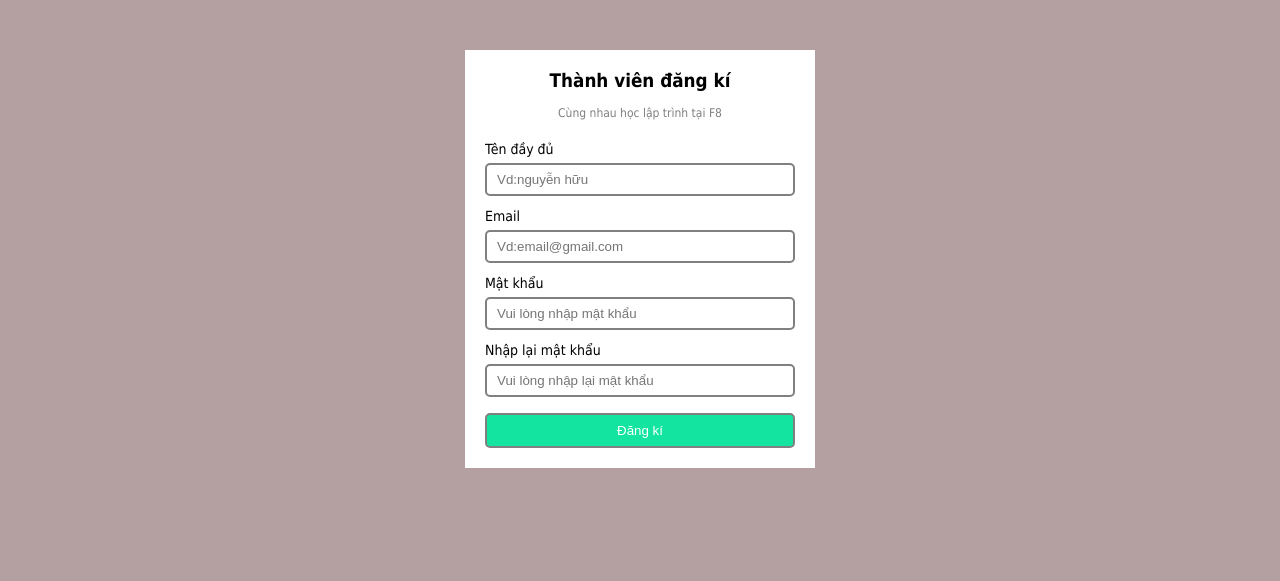
Repository: HuunvDev/Validator
Page: index.html
These files come from the project's save history. The page is drawn as it stood at one moment and after the next save; the edit follows.
The browser window is 1280 px wide. The pictures show the whole page.
Some web libraries are served in a nearby version.

Above is the page before, as saved 2022-08-20 16:09:36.

### index.html
<!DOCTYPE html>
<html lang="en">
<head>
    <meta charset="UTF-8">
    <meta http-equiv="X-UA-Compatible" content="IE=edge">
    <meta name="viewport" content="width=device-width, initial-scale=1.0">
    <title>validator</title>
    <link rel="stylesheet" href="style.css">
    <link rel="stylesheet" href="https://use.fontawesome.com/releases/v5.1.1/css/all.css" integrity="sha384-O8whS3fhG2OnA5Kas0Y9l3cfpmYjapjI0E4theH4iuMD+pLhbf6JI0jIMfYcK3yZ" crossorigin="anonymous">
</head>
<body>
    <div class="main">
        <form action="" method="POST" class="form" id="form-1">
            <h3 class="heading">Thành viên đăng kí</h3>
            <p class="desc">Cùng nhau học lập trình tại F8</p>
            <div class="pacer"></div>
            <div class="form-group">
                <label for="fullName" class="form-lable">Tên đầy đủ</label><br>
                <input type="text" id="fullName" name="fullName" placeholder="Vd:nguyễn hữu"><br>
                <!-- <i class="fas fa-exclamation-triangle warning"></i> -->
                <span class="form-message">
                </span>
            </div>
            <div class="form-group">
                <label for="email" class="form-lable">Email</label><br>
                <input type="text" id="email" name="email" placeholder="Vd:email@gmail.com"><br>
                <span class="form-message"></span>
            </div>
            <div class="form-group">
                <label for="password" class="form-lable">Mật khẩu</label><br>
                <input type="password" id="password" name="password" placeholder="Vui lòng nhập mật khẩu"><br>
                <span class="form-message"></span>
            </div>
            <div class="form-group">
                <label for="password_confirmation" class="form-lable">Nhập lại mật khẩu</label><br>
                <input type="password" id="password_confirmation" name="password_confirmation" placeholder="Vui lòng nhập lại mật khẩu"><br>
                <span class="form-message"></span>
            </div>
            <!-- <div class="form-group">
                <input type="checkbox" name ="condition" id ="condition">
                <span class="agree">Đồng ý và chấp nhận điều khoản</span>
            </div> -->

           <button class="form-submit" type="submit">Đăng kí</button>
        </form>
    </div>
    <script src="Validator.js"></script>
    <script>
        //mong muốn nhận được
        validator({
            form: '#form-1',
            formGroupSelector:'.form-group',
            errorSelector:'.form-message',
            rules: [
                validator.isRequired('#fullName','Vui lòng nhập tên đầy đủ'),
                //validator.isRequired('#email'),
                validator.isEmail('#email'),
                validator.minLength('#password',6),
                validator.isRequired('#password_confirmation'),
                validator.isConfirmed('#password_confirmation', function(){
                    return document.querySelector('#form-1 #password').value;
                },'Giá trị nhập vào không chính xác'),
            ],
            onSubmit : function(data){
                console.log(data);
            }
        })
    </script>
</body>
</html>

### style.css

*{
    margin:0;
    padding:0;
    overflow: hidden;
    box-sizing: border-box;
}
body{
    background-color:rgb(180, 160, 160);
}
.main {
    width: 350px;
    box-shadow: 0 0 0 rgb(0 0 0 / 10%);
    margin: auto;
    margin-top: 50px;
    padding: 20px;
    background-color: #fff;
    font-family: tahoma;
}
h3.heading {
    text-align: center;
}
p.desc {
    text-align: center;
    font-size: 12px;
    color: grey;
    padding: 15px 0;
}
.form-group {
    padding: 6px 0;
}

label.form-lable {
    font-size: 14px;
    margin-bottom: -13px;
    display: block;
}
input {
    width:100%;
    height: 33px;
    outline: none;
    border:2px solid grey;
    padding: 0 10px;
    border-radius:5px;
}
input:hover{
    border-color: rgb(23 220 220);
}
button{
    padding:8px 0;
    width:100%;
    background-color: rgb(19 229 161);
    margin-top:10px;
    border-radius:5px;
    color:#fff;
    border:2px solid grey;
}
span.form-message {
    font-size: 12px;
}
.invalid input{
    border-color:red;
}
.invalid span.form-message{
    color:red;
}
.warning{
    font-size:11px;
    color:red;
}
/* input#condition {
    width: 11px;
}

span.agree {
    font-size: 13px;
    color: grey;
    position: absolute;
    transform: translateY(8px);
    padding: 0 5px;
} */

### Validator.js
//constractor function
function validator(options){

    function getParent (element,selector){
        while(element.parentElement){
            if(element.parentElement.matches(selector)){
                return element.parentElement;
            }
            element = element.parentElement;
        }
    }
    var selectorRules ={};
//hàm thực hiên validate
    function validate(inputElement,rules){
        var errorElement = getParent(inputElement, options.formGroupSelector).querySelector(options.errorSelector);
        var errorMessage;
        //lấy ra các rules của selector
        var rules = selectorRules[rules.selector];
        //lặp qua từng rules và check
        //nếu có lỗi dừng việc kiểm tra
        for (var i = 0; i < rules.length;i++){
            errorMessage= rules[i](inputElement.value);
            if(errorMessage) break;
        }
                //lấy value của ô input:inputElement.value;
                //test function : rules.test;
               // var errorMessage = rules.test(inputElement.value);
                //lấy ra thẻ cha của nó từ thẻ con:inputElement.parentElement,
                //lấy ra  đúng phần tử con của thẻ to mà mình muốn lấy:
                //inputElement.parentElement.querySelector('form-message');
                if(errorMessage){
                 //errorElement.innerText = errorMessage;
                 errorElement.innerHTML = `<i class="fas fa-exclamation-triangle warning"></i> ${errorMessage}`;
                 getParent(inputElement, options.formGroupSelector).classList.add('invalid');
                }else{
                 errorElement.innerText = " ";
                 getParent(inputElement, options.formGroupSelector).classList.remove('invalid');
                }

                return !errorMessage;
    }
    //lấy element của form cần validate
    var formElement = document.querySelector(options.form);

    if(formElement){
        //loại bỏ hành vi mặc định của submit
        formElement.onsubmit = function(e){
            e.preventDefault();

            var isFormValid = true;
            //thực hiện lặp qua từng rules và validate
            options.rules.forEach( function (rules){
                var inputElement = formElement.querySelector(rules.selector);
                 var isValid = validate(inputElement,rules);
                 if(!isValid){
                    isFormValid =  false;
                 }
            });

            if(isFormValid){
                //trường hợp submit với js
             if( typeof options.onSubmit ==='function'){
                var enableInputs = formElement.querySelectorAll('[name]:not([disabled])');//lấy ra tất cả các phần tử có attribute là name và ko lấy các phần tử  bị disabled( có nghĩa là bị ẩn đi ko cho người dùng tương tác);
                var formValues = Array.from(enableInputs).reduce(function(values,input){
                    values[input.name] = input.value;
                    return  values;
                },{});
                options.onSubmit(formValues);
             }//trường hợp submit mặc định của trình duyệt
             else{
                formElement.submit();
             }
            }
        }
        //lặp qua mỗi rules và lắng nghe sự kiện
       options.rules.forEach( function (rules){
        //lưu lại các rules cho mỗi input
        if(Array.isArray( selectorRules[rules.selector])){
            selectorRules[rules.selector].push( rules.test);
        }else{
            selectorRules[rules.selector] = [rules.test];
        }

        var inputElement = formElement.querySelector(rules.selector);
        if(inputElement){
            //xử lí trường hợp blur khỏi thẻ input
            inputElement.onblur = function(){
               validate(inputElement,rules);
            }

            // xử lí khi người dùng nhập dữ liệu
            inputElement.oninput = function(){
                var errorElement = inputElement.parentElement.querySelector(options.errorSelector);
                errorElement.innerText = " ";
                getParent(inputElement, options.formGroupSelector).remove('invalid');
            }
        }
       });
    }
}
//định nghĩa các rules
//nguyên tắc của các rules:
//1.khi có lỗi thì trả ra message lỗi
//2.khi hợp lệ thì clear lỗi
validator.isRequired = function (selector,message){
    return {
        selector: selector,
        test: function (value){
            return value.trim() ? undefined : message || "Vui lòng nhập trường này";
        }
    }
}
validator.isEmail = function (selector,message){
    return {
        selector: selector,
        test: function (value){
            var regex = /^\w+([\.-]?\w+)*@\w+([\.-]?\w+)*(\.\w{2,3})+$/;
            return regex.test(value)? undefined : message ||"Trường này phải là email";
        }
    }
}

validator.minLength = function (selector,min,message){
    return {
        selector: selector,
        test: function (value){
            return value.length >= min ? undefined :message ||`Vui lòng nhập tối thiểu ${min} kí tự`;
        }
    }
}

validator.isConfirmed = function(selector,getConfirmValue,message){
    return {
        selector:selector,
        test : function(value){
            return value === getConfirmValue() ? undefined : message ||'Mật khẩu nhập lại không chính xác';
        }
    }
}

After the next save:
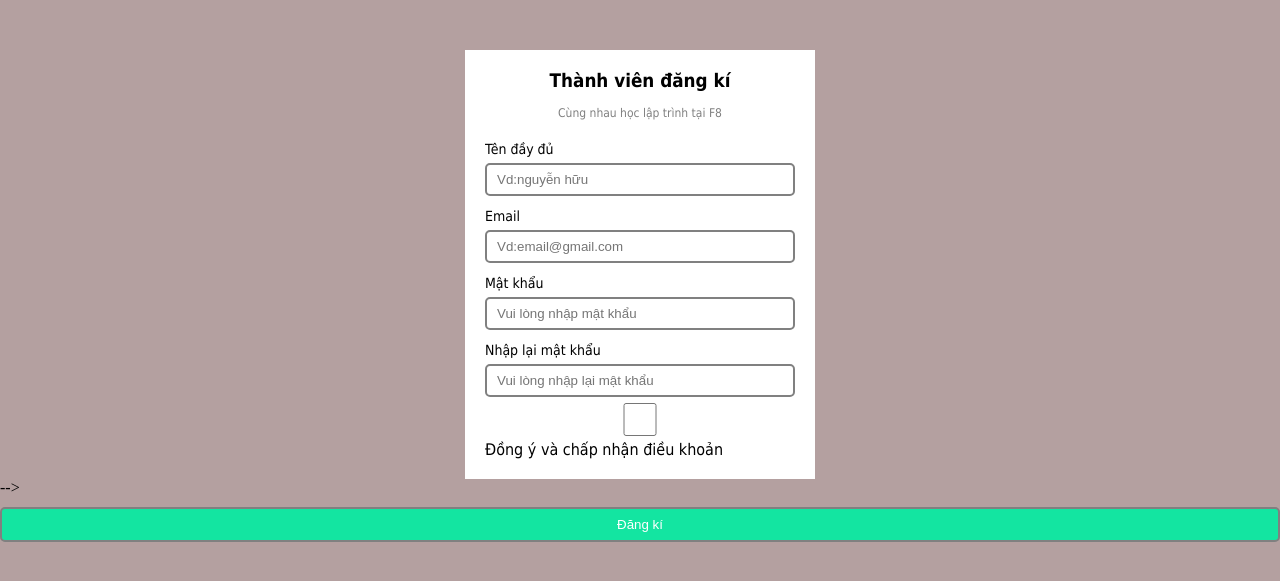
Saved 5 min 57 s later.
--- a/index.html
+++ b/index.html
@@ -36,7 +36,6 @@
                 <input type="password" id="password_confirmation" name="password_confirmation" placeholder="Vui lòng nhập lại mật khẩu"><br>
                 <span class="form-message"></span>
             </div>
-            <!-- <div class="form-group">
                 <input type="checkbox" name ="condition" id ="condition">
                 <span class="agree">Đồng ý và chấp nhận điều khoản</span>
             </div> -->
